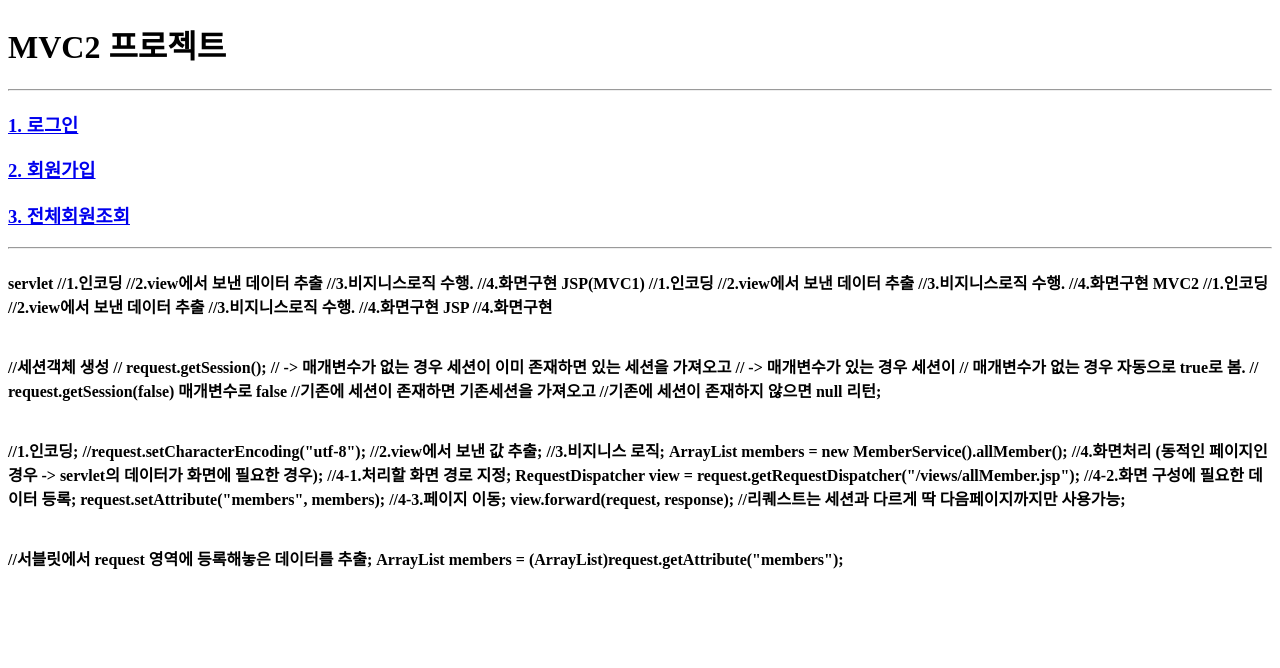
Repository: beescuit9510/toyProjects
Page: http://localhost/06_mvc2Project/
The author's editor kept a copy of each file at every save. The page is drawn from the files as they stood at one save, then again after the next save.
The browser window is 1280 px wide. The pictures show the whole page.
The page is served by Tomcat 9. Other server files are loaded and not shown.

Above is the page before, as saved 2021-10-01 06:04:51.

### web-server-workplace/06_mvc2Project/src/main/webapp/index.jsp
<%@ page language="java" contentType="text/html; charset=UTF-8"
    pageEncoding="UTF-8"%>
<!DOCTYPE html>
<html>
<head>
<meta charset="UTF-8">
<title>MVC2 프로젝트</title>
</head>
<body>
	<h1>MVC2 프로젝트</h1>
	<hr>
	<h3><a href="/views/loginFrm.jsp">1. 로그인</a></h3>
	<h3><a href="/views/joinFrm.jsp">2. 회원가입</a></h3>
	<h3><a href="/allMember">3. 전체회원조회</a></h3>

	<hr>
	<h4>
		servlet
		//1.인코딩
		//2.view에서 보낸 데이터 추출
		//3.비지니스로직 수행.
		//4.화면구현

		JSP(MVC1)
		//1.인코딩
		//2.view에서 보낸 데이터 추출
		//3.비지니스로직 수행.
		//4.화면구현


		MVC2
		//1.인코딩
		//2.view에서 보낸 데이터 추출
		//3.비지니스로직 수행.
		//4.화면구현

		JSP
		//4.화면구현
		<br>
		<br>
		<br>


		//세션객체 생성
		// request.getSession();
		// -> 매개변수가 없는 경우 세션이 이미 존재하면 있는 세션을 가져오고
		// -> 매개변수가 있는 경우 세션이
		// 매개변수가 없는 경우 자동으로 true로 봄.

		// request.getSession(false) 매개변수로 false
		//기존에 세션이 존재하면 기존세션을 가져오고
		//기존에 세션이 존재하지 않으면 null 리턴;
		<br>
		<br>
		<br>


		//1.인코딩;
		//request.setCharacterEncoding("utf-8");

		//2.view에서 보낸 값 추출;

		//3.비지니스 로직;
		ArrayList<Member> members = new MemberService().allMember();

		//4.화면처리 (동적인 페이지인 경우 -> servlet의 데이터가 화면에 필요한 경우);
		//4-1.처리할 화면 경로 지정;
		RequestDispatcher view = request.getRequestDispatcher("/views/allMember.jsp");
		//4-2.화면 구성에 필요한 데이터 등록;
		request.setAttribute("members", members);
		//4-3.페이지 이동;
		view.forward(request, response);

		//리퀘스트는 세션과 다르게 딱 다음페이지까지만 사용가능;
		<br>
		<br>
		<br>



		//서블릿에서 request 영역에 등록해놓은 데이터를 추출;
    	ArrayList<Member> members = (ArrayList<Member>)request.getAttribute("members");
		<br>
		<br>
		<br>

</body>
</html>

After the next save:
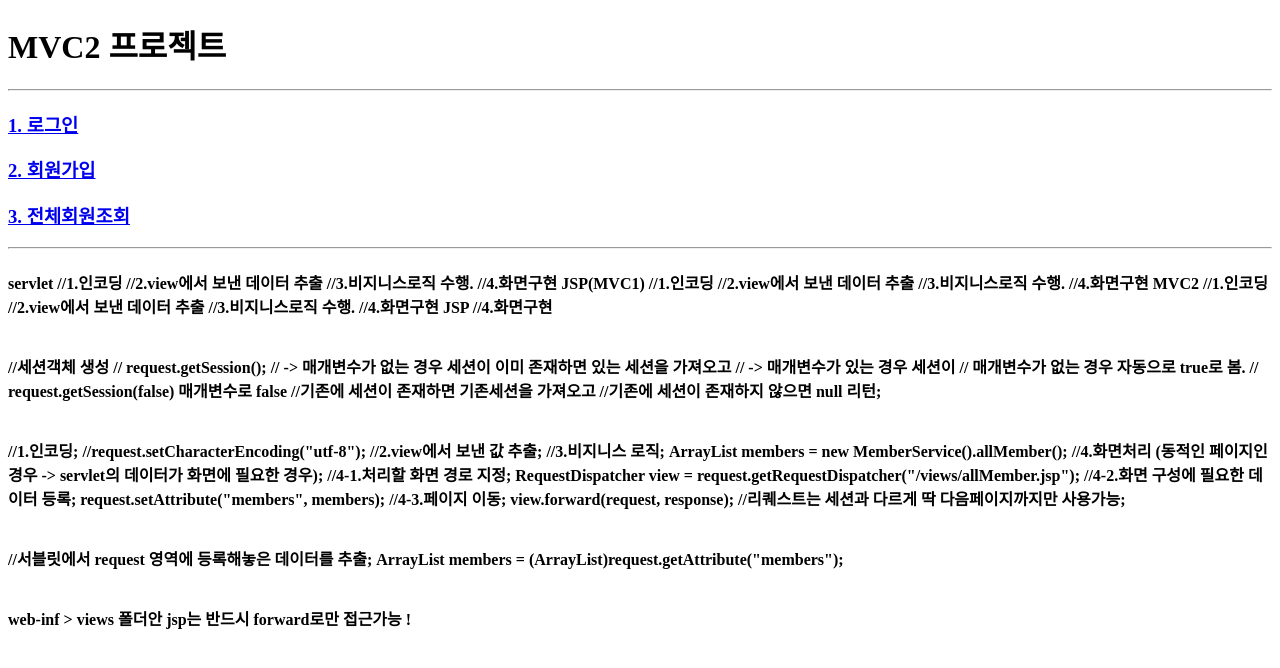
Saved 4 min 5 s later.
--- a/web-server-workplace/06_mvc2Project/src/main/webapp/index.jsp
+++ b/web-server-workplace/06_mvc2Project/src/main/webapp/index.jsp
@@ -84,5 +84,8 @@
 		<br>
 		<br>
 
+
+		web-inf > views 폴더안 jsp는 반드시 forward로만 접근가능 !
+
 </body>
 </html>
